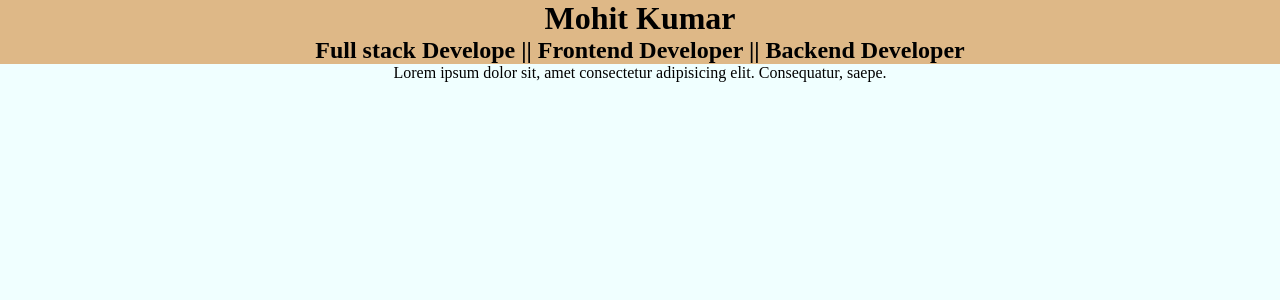
Repository: Mohitkumar1322/FrontendPracticee
Page: Javascript/index.html
The author's editor kept a copy of each file at every save. The page is drawn from the files as they stood at one save, then again after the next save.
The browser window is 1280 px wide. The pictures show the whole page.

Above is the page before, as saved 2025-07-10 10:22:22.

After the next save:
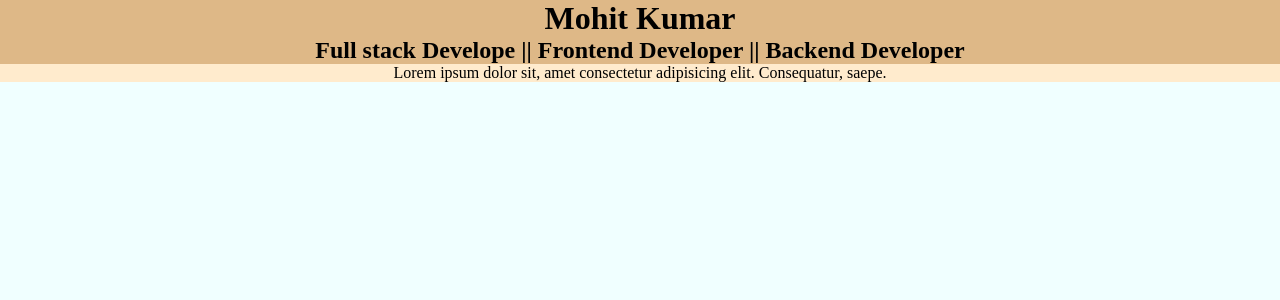
Saved 4 s later.
--- a/Javascript/style.css
+++ b/Javascript/style.css
@@ -12,5 +12,5 @@
 }
 .about-section{
     text-align: center;
-    background-color: ;
+    background-color: blanchedalmond;
 }
